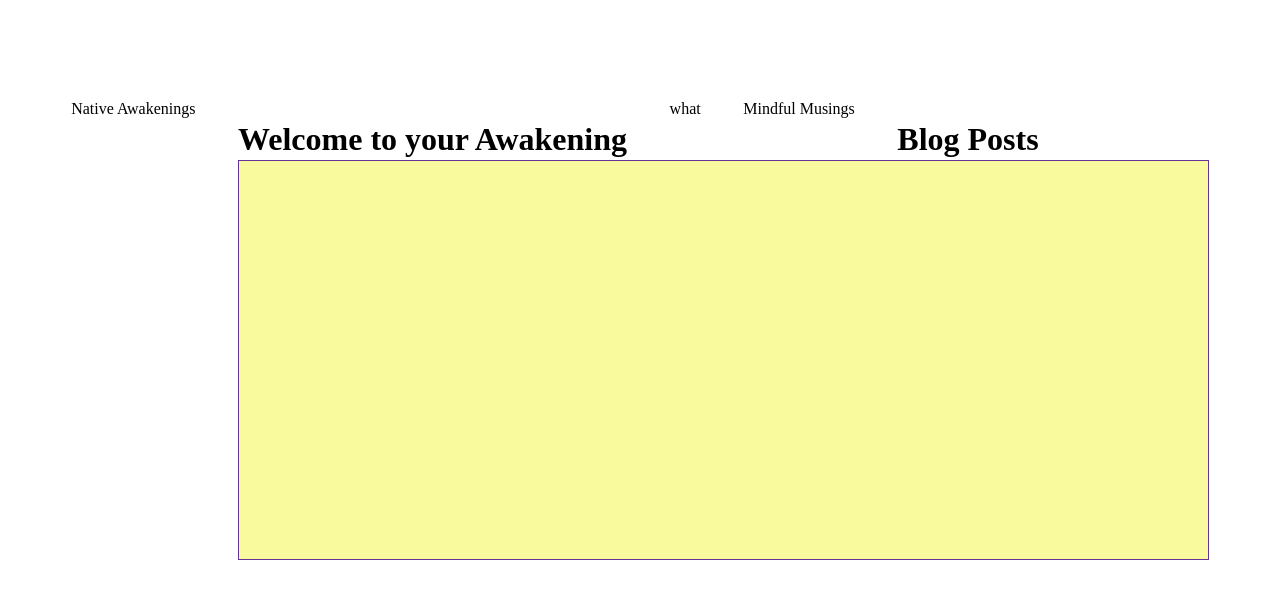
Repository: Gregg-Hendrix/blog-project
Page: index.html
The author's editor kept a copy of each file at every save. The page is drawn from the files as they stood at one save, then again after a run of saves.
The browser window is 1280 px wide. The pictures show the whole page.

Above is the page before, as saved 2021-03-15 13:48:52.

### index.html
<!DOCTYPE html>
<html lang="en">
    <head>
        <meta charset="utf-8">
        <title>Native Awakenings</title>
        <meta content="width=device-width, initial-scale=1, maximum-scale=1" name="viewport"/>
        <link rel="stylesheet" href="stylesheet.css">

         </head>
    <body>
        <! -- This aligns the items to the top of the screen -->
        <div class="container">
            <header>Native Awakenings</header>
            <h1>Welcome to your Awakening</h1>
            <nav>what</nav>
            <article>Mindful Musings</article>
            <sidebar><h1>Blog Posts</h1><a href="meditation.html">Recent Posts</a></sidebar>
            <div class="content box">
            </div>
            <footer>
        </div>
    </body>
</html>

### stylesheet.css
.header{
    display: flex;
        flex-direction: row;
        justify-content: center;
        border: indigo;
}
.intro{
    display: flex;
        flex-direction: row;
        justify-content: center;
        border: indigo;
}
.container{
    display: grid;
    width: 90%;
    margin: auto;
    margin-top: 100px;
    grid-template-columns: 40px repeat(7 1fr);
    grid-template-rows: 60px 400px 1fr;
    grid-template-areas:
    "hd hd hd hd hd hd hd hd"
    "sd main main main main main main main"
    "ft ft ft ft ft ft ft ft";
}

    .box {
        border: 1px solid rebeccapurple;
        background: #F8FA9D;
    }

    .header{
        grid-area: hd;
    }

    .sidebar{
        grid-area: sd;
    }

    .content{
        grid-area: main;
    }

    .footer{
        grid-area: ft;
    }

After the next 2 saves:
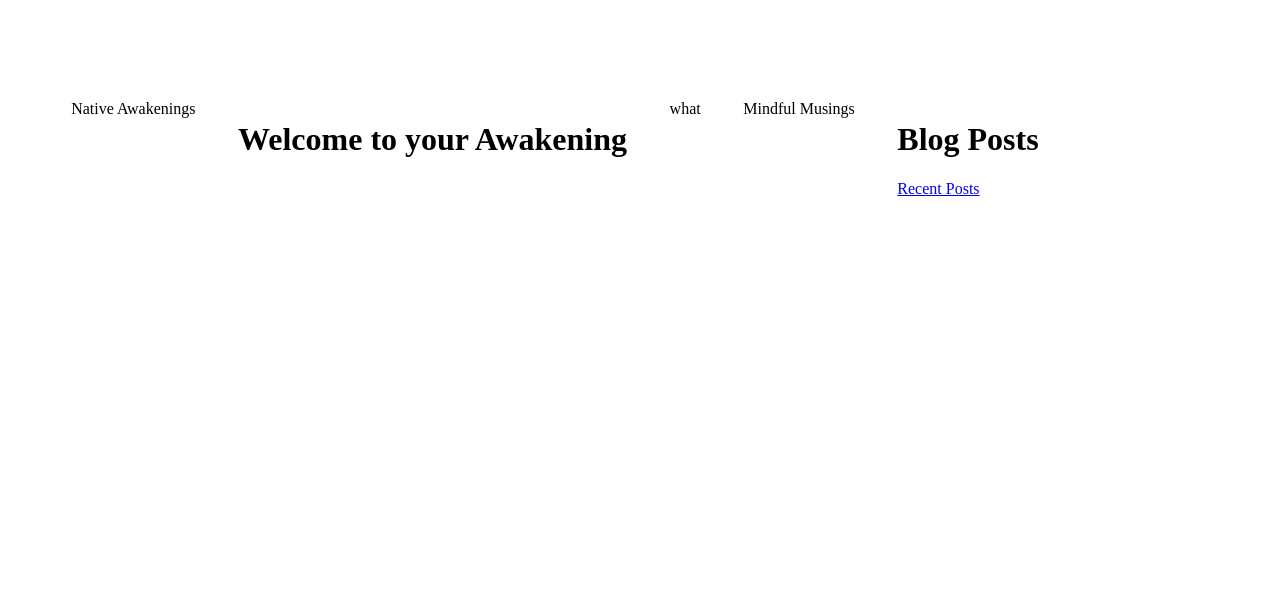
The 2 saves are shown as one change because they came seconds apart.
The last was saved 19 s later.
--- a/index.html
+++ b/index.html
@@ -15,7 +15,6 @@
             <nav>what</nav>
             <article>Mindful Musings</article>
             <sidebar><h1>Blog Posts</h1><a href="meditation.html">Recent Posts</a></sidebar>
-            <div class="content box">
             </div>
             <footer>
         </div>
